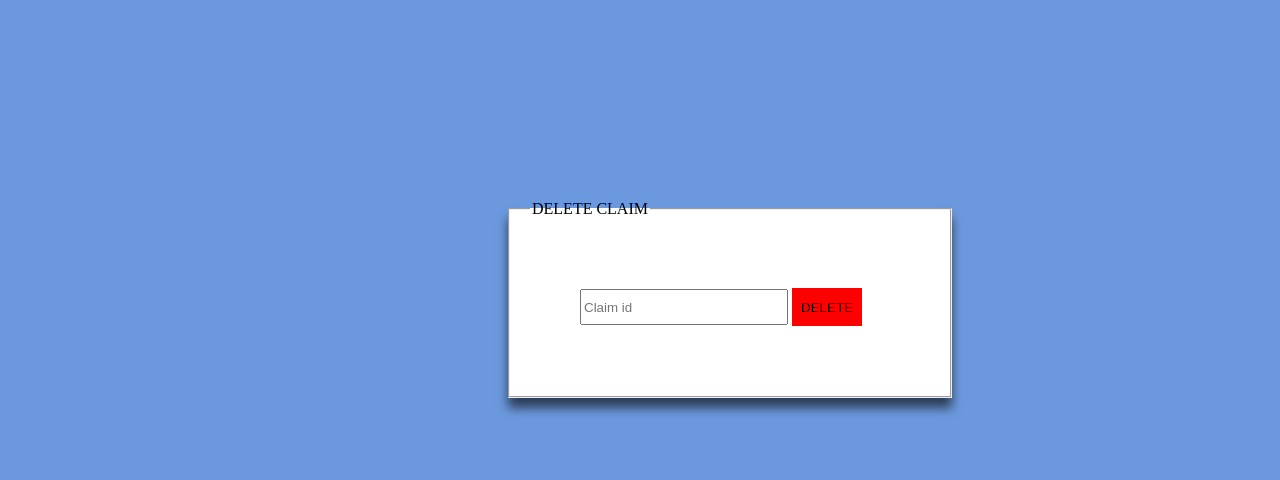
Repository: Nihara-R/Vehicle-Insurance-Portal
Page: http://localhost/delete_claim.php
The author's editor kept a copy of each file at every save. The page is drawn from the files as they stood at one save, then again after the next save.
The browser window is 1280 px wide. The pictures show the whole page.
The page is run by PHP 8.4 with error messages shown; the project is at /var/www/html/.

Above is the page before, as saved 2023-06-29 08:46:23.

### delete_claim.php
<!DOCTYPE html>
<html lang="en" dir="ltr">
  <head>
    <meta charset="utf-8">
    <title></title>
    <link rel="stylesheet" href="css/deletuser.css">
  </head>
  <body>
    <div class="deletebox">
    <fieldset>
<legend>DELETE CLAIM</legend>

    <form class="" action="include/delet_claim.inc.php" method="post">

      <input type="text" name="id" value="" placeholder="Claim id" class="textbox">

      <input type="submit" name="submit" value="DELETE" class="button">

</fieldset>
</div>
    </form>

  </body>
</html>

### css/deletuser.css
body{
  background: #6C99DE;
}
form{
margin: 50px;


}
fieldset{
  width: 400px;
  padding: 20px;
  align-items: center;
  justify-content: center;
  margin-left: 500px;
  margin-top: 200px;
  box-shadow: 0 10px 10px rgba(0,0, 0, 0.60);
  background: white;
}
.button{
  background: red;
  height: 38px;
  width: 70px;
  border: none;
}
.textbox{
  height: 30px;
  width: 200px;

}

After the next save:
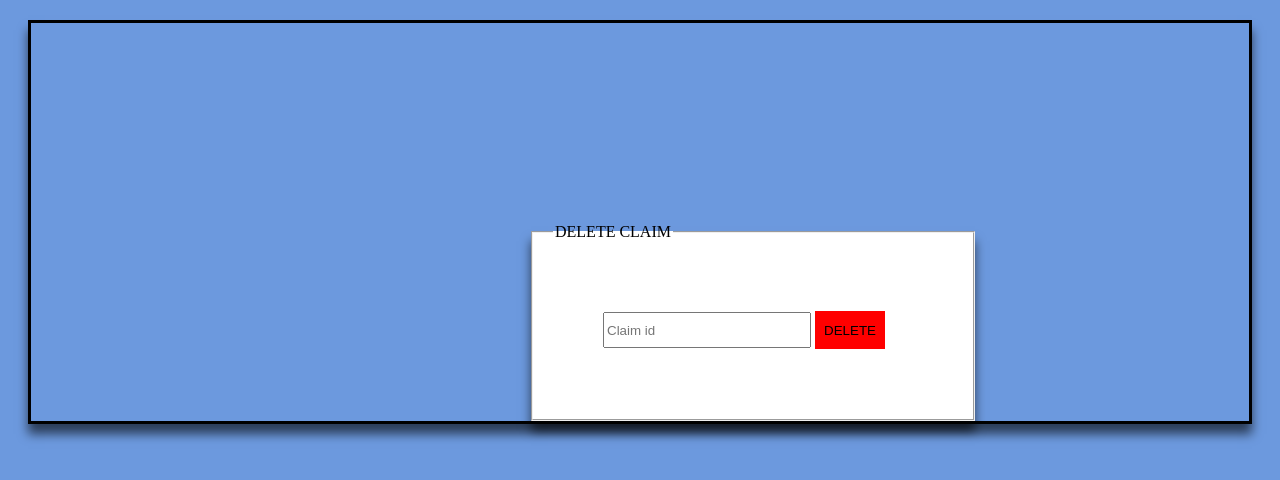
Saved 101 s later.
--- a/css/deletuser.css
+++ b/css/deletuser.css
@@ -3,8 +3,11 @@ body{
 }
 form{
 margin: 50px;
-
-
+}
+.deletebox{
+  margin: 20px;
+  border: 3px solid black;
+  box-shadow: 0 10px 10px rgba(0,0, 0, 0.60);
 }
 fieldset{
   width: 400px;
